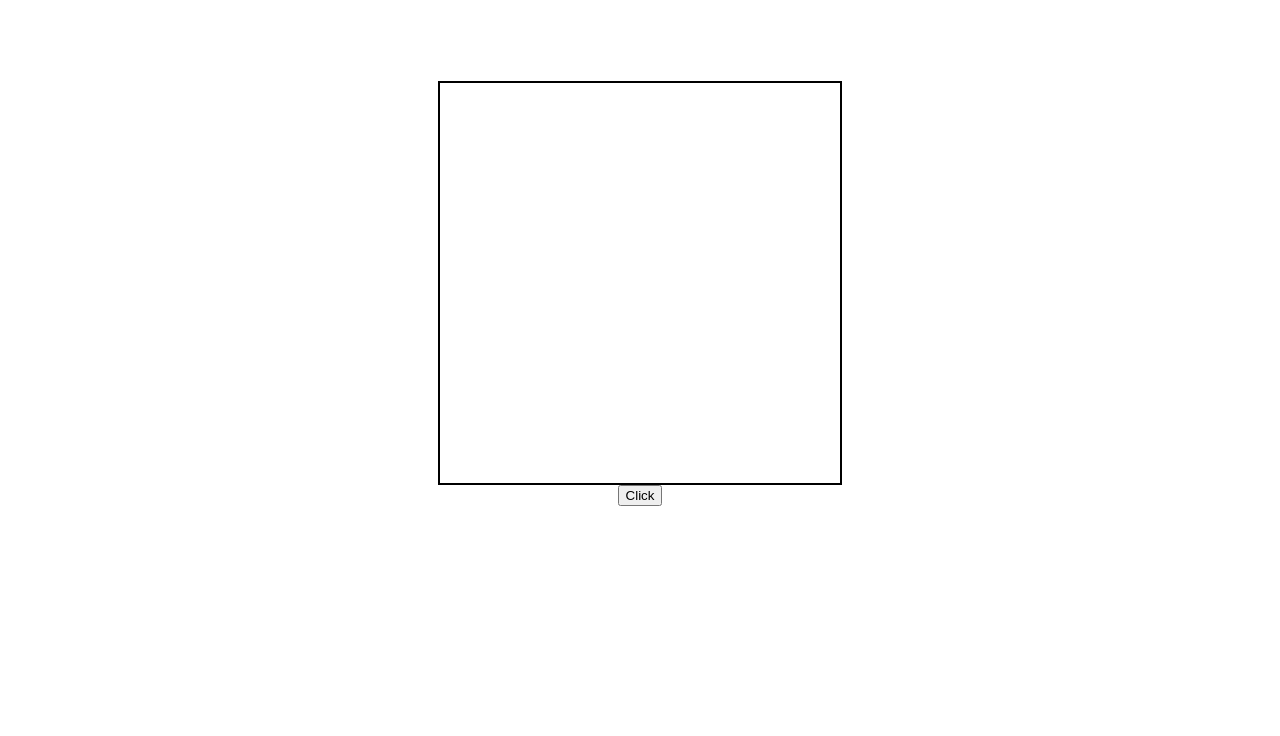
Repository: dmpelaez/photoBoothy
Page: Photobooth.html
The author's editor kept a copy of each file at every save. The page is drawn from the files as they stood at one save, then again after the next save.
The browser window is 1280 px wide. The pictures show the whole page.

Above is the page before, as saved 2025-12-16 11:52:29.
Console error: TypeError: Cannot read properties of null (reading 'addEventListener')

After the next save:
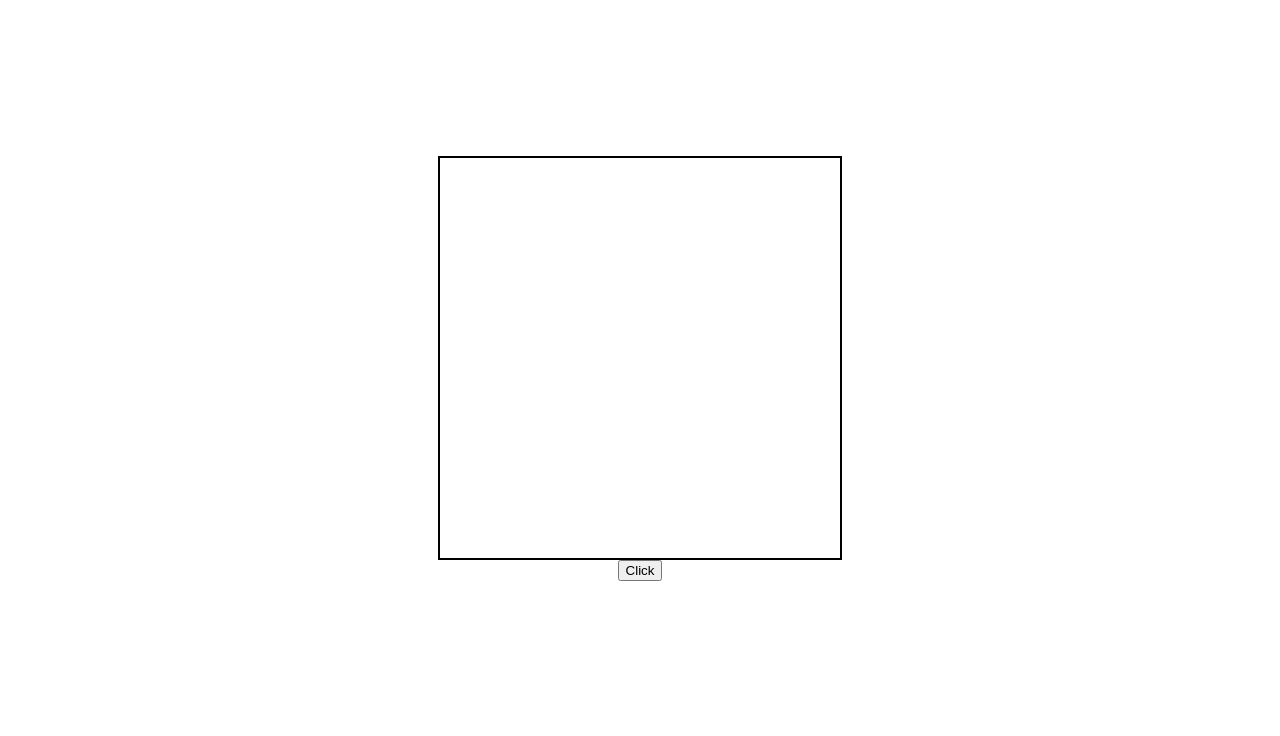
The error is gone.
Saved 25 s later.
--- a/Photobooth.js
+++ b/Photobooth.js
@@ -1,6 +1,6 @@
 const video = document.getElementById('video');
 const canvas = document.getElementById('canvas-image');
-const btn = document.querySelector('photo-btn');
+const btn = document.getElementById('photo-btn');
 const context = canvas.getContext('2d');
 
 navigator.mediaDevices.getUserMedia({video: true})
